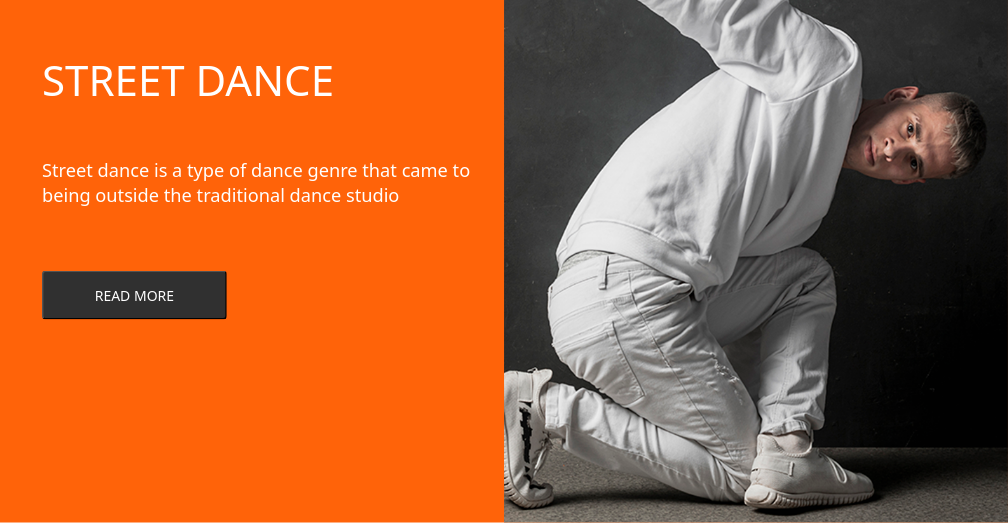
Repository: KinD2704/Web-University
Page: Bai30/index.html
These files come from the project's save history. The page is drawn as it stood at one moment and after the next save; the edit follows.
The browser window is 1280 px wide. The page is 1440 px wide, so the pictures cover 1440 px, including what lies to the right of the window. The pictures show the part of the page from y = 3979 to 5699 px (the page is 4730 px tall before and 5699 px after), at 70% of full size.

Above is the page before, as saved 2023-12-23 21:56:57.

After the next save:
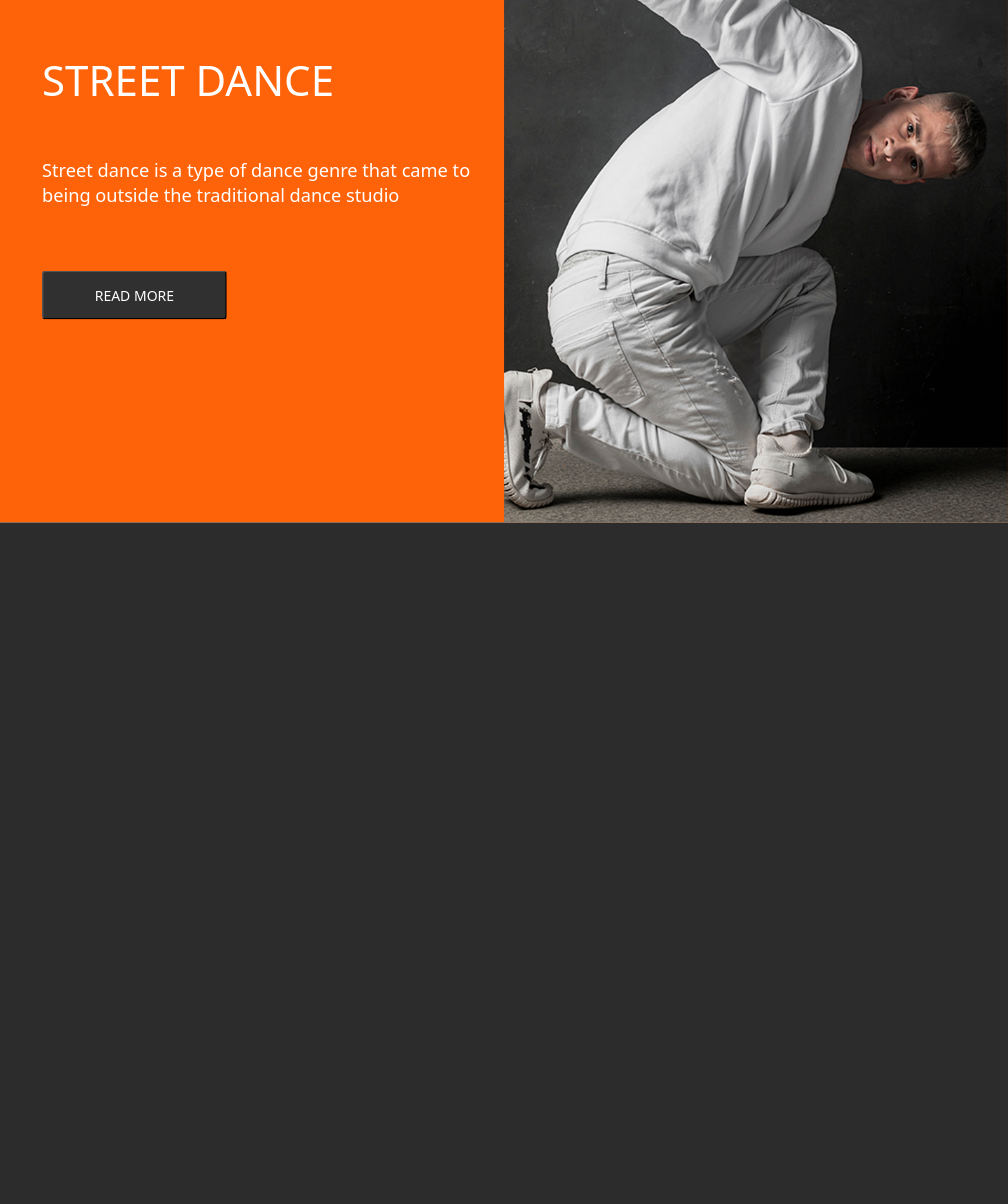
Saved 15 s later.
--- a/Bai30/css/styles.css
+++ b/Bai30/css/styles.css
@@ -203,4 +203,5 @@ header ul li:hover a {
 }
 .banner6 {
     background-image: url("../img/banner6.png");
-}
+    height: 974px;
+}

After the save that followed:
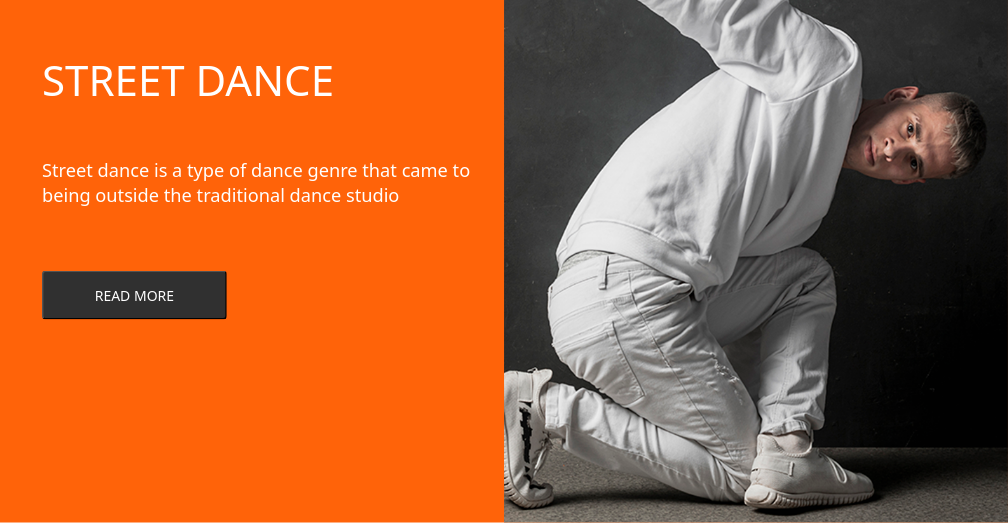
Saved 7 s later.
--- a/Bai30/css/styles.css
+++ b/Bai30/css/styles.css
@@ -203,5 +203,5 @@ header ul li:hover a {
 }
 .banner6 {
     background-image: url("../img/banner6.png");
-    height: 974px;
-}
+    /* height: 974px; */
+}
